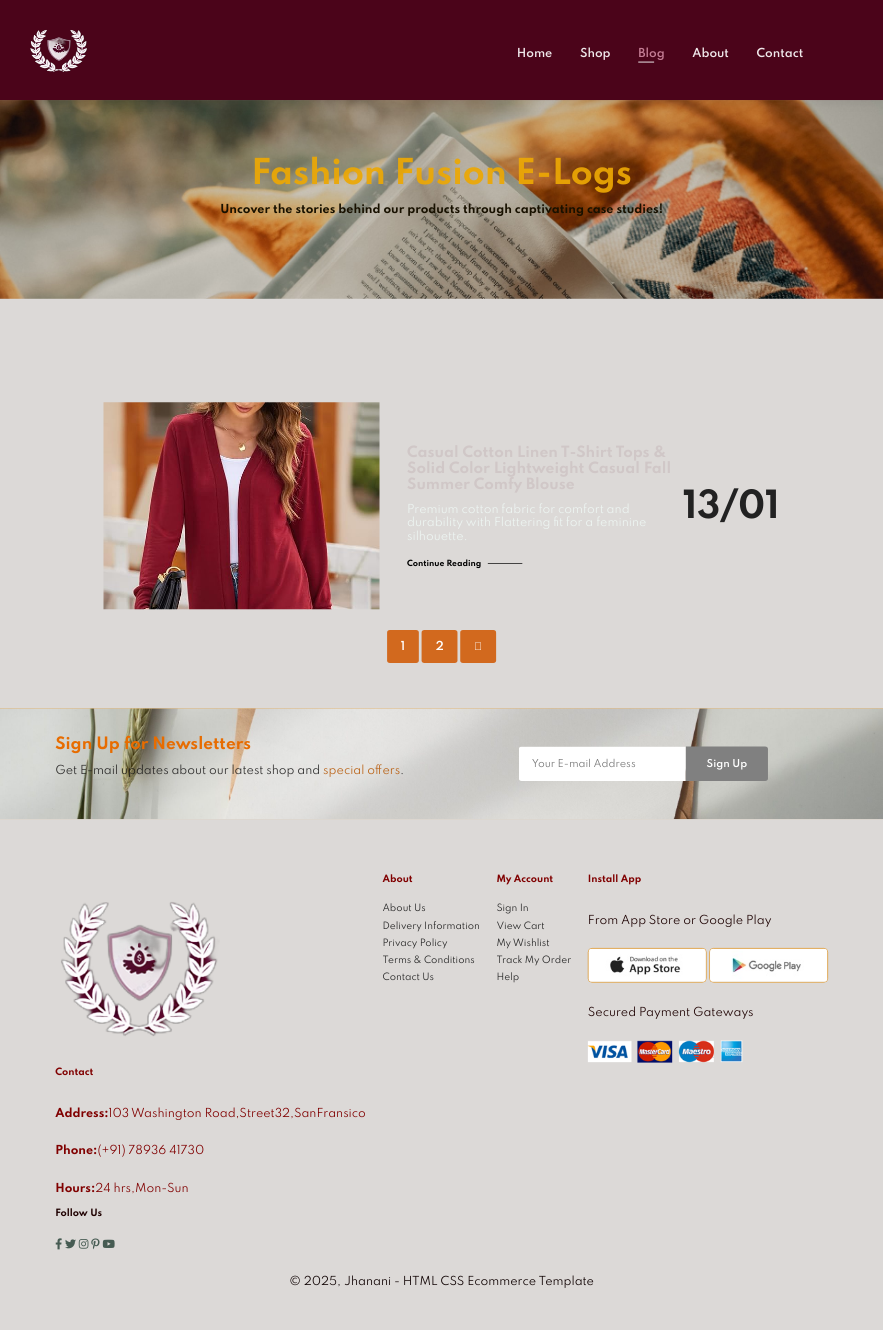
Repository: JhananiNallasamy/ECommerce-website-deployment
Page: blog.html
These files come from the project's save history. The page is drawn as it stood at one moment and after a run of saves; the edit follows.
The browser window is 1280 px wide. The pictures show the whole page, at 69% of full size.
Some web libraries are served in a nearby version.

Above is the page before, as saved 2024-05-05 10:16:34.

### blog.html
<!DOCTYPE html>
<html lang="en">
<head>
    <meta charset="UTF-8">
    <meta name="viewport" content="width=device-width, initial-scale=1.0">
    <title>E-COMMERCE WEBSITE</title>
    <link rel="stylesheet" href="https://pro.fontawesome.com/releases/v5.10.0/css/all.css"/>
    <link rel="stylesheet" href="style.css">
</head>

<body style="background-color: rgba(157, 149, 144, 0.353);">
    <section id="header">
        <a href="#"> <img src="img/logo.png" height="80px", width="90px" class="logo" alt="logo"> </a>

        <div>
            <ul id="navbar">
                <li><a href="index.html">Home</a></li>
                <li><a>Shop</a></li>
                <li><a class="active" href="blog.html">Blog</a></li>
                <li><a href="about.html">About</a></li>
                <li><a href="contact.html">Contact</a></li>
                <li id="lg-bag"><a href="cart.html"><i class="far fa-shopping-bag"></i></a></li>
                <a href="#" id="close"><i class="far fa-times"></i></a>
            </ul>
        </div>
        <div id="mobile">
            <a href="cart.html"><i class="far fa-shopping-bag"></i></a>
            <i id="bar" class="fas fa-outdent"></i>
        </div>
    </section>

    <!--nav bar code at top is over -->

    <section id="page-header" class="blog-header">

        <h2 style="color: #eca704ec">Fashion Fusion E-Logs</h2>
        <p style="color: #181100; font-weight: bold;">Uncover the stories behind our products through captivating case studies!</p><br>
    </section>

    <section id="blog">
        <div class="blog-box">
            <div class="blog-img">
                <img src="img/blog/f9a.png" alt="f9a in blog">
            </div>
            <div class="blog-details">
            <h4> Casual Cotton Linen T-Shirt Tops & Solid Color Lightweight Casual Fall Summer Comfy Blouse </h4>
            <p>Premium cotton fabric for comfort and durability with Flattering fit for a feminine silhouette.</p>
            <a href="#"> Continue Reading </a>
            </div>
            <h1>13/01</h1>
        </div>
    </section>
        <section id="pagination" class="section-p1">
        <a href="#">1</a>
        <a href="#">2</a>
        <a href="#"><i class="fal fa-long-arrow-alt-right"></i></a>
        </section>


    <section id="newsletter" class="section-p1 section-m1">
        <div class="newstext">
            <h4>Sign Up for Newsletters</h4>
            <p>Get E-mail updates about our latest shop and <span>special offers</span>.</p>
        </div>
        <div class="form">
            <input type="text" placeholder="Your E-mail Address">
            <button class="normal">Sign Up</button>
        </div>
    </section>

    <footer class="section-p1">
        <div class="col">
            <img class="logo" src="img/logo.png" alt="logo image">
            <h4 style="color: maroon;">Contact</h4>
            <p style="color: maroon;"><strong>Address:</strong>103 Washington Road,Street32,SanFransico</p>
            <p style="color: maroon;"><strong>Phone:</strong>(+91) 78936 41730</p>
            <p style="color: maroon;"><strong>Hours:</strong>24 hrs,Mon-Sun</p>
            <div class="follow">
                <h4 style="color: rgb(32, 2, 2);">Follow Us</h4>
                <div class="icon">
                    <i class="fab fa-facebook-f"></i>
                    <i class="fab fa-twitter"></i>
                    <i class="fab fa-instagram"></i>
                    <i class="fab fa-pinterest-p"></i>
                    <i class="fab fa-youtube"></i>
                </div>
            </div>
        </div>
        <div class="col">
            <h4 style="color: maroon;">About</h4>
            <a href="#">About Us</a>
            <a href="#">Delivery Information</a>
            <a href="#">Privacy Policy</a>
            <a href="#">Terms & Conditions</a>
            <a href="#">Contact Us</a>
        </div>
        <div class="col">
            <h4 style="color: maroon;">My Account</h4>
            <a href="#">Sign In</a>
            <a href="#">View Cart</a>
            <a href="#">My Wishlist</a>
            <a href="#">Track My Order</a>
            <a href="#">Help</a>
        </div>
        <div class="col install">
            <h4 style="color: maroon;">Install App</h4>
            <p style="color: rgb(29, 2, 2);">From App Store or Google Play</p>
            <div class="row">
                <img src="img/pay/app.jpg" alt="app img in pay folder">
                <img src="img/pay/play.jpg" alt="play img in pay folder">
            </div>
            <p style="color: rgb(30, 2, 2);">Secured Payment Gateways</p>
            <img src="img/pay/pay.png"  alt="pay img inside pay folder">
        </div>
            <div class="copyright">
                <p style="color: rgb(14, 1, 1);">© 2025, Jhanani - HTML CSS Ecommerce Template</p>
            </div>
        </footer>


    <script src="script.js"></script>

</body>
</html>

### style.css
@import url('https://fonts.googleapis.com/css2?family=Spartan:wght@100;200;300;400;500;600;700;800;900&display=swap');
* {
    margin: 0;
    padding: 0;
    box-sizing: border-box;
    font-family: 'Spartan', sans-serif;
}
h1 {
    font-size: 50px;
    line-height: 64px;
    color: #222;
}
h2 {
    font-size: 46px;
    line-height: 54px;
    color: #e3b6b6;
}
h4 {
    font-size: 20px;
    color: #d0c7c7;
}
h6 {
    font-weight: 700;
    font-size: 12px;
}
p {
    font-size: 16px;
    color: #edf5f2;
    margin: 15px 0 20px 0;
}
.section-p1 {
    padding: 40px 80px;
}
.section-m1 {
    margin: 40px 0;
}
button.normal{
    font-size: 14px;
    font-weight: 600;
    padding: 15px 30px;
    color:#000;
    background-color: #fff;
    border-radius: 4px;
    cursor: pointer;
    border: none;
    outline: none;
    transition: 0.2s ease;
}
button.white{
    font-size: 13px;
    font-weight: 600;
    padding: 11px 18px;
    color:#fff;
    background-color: transparent;
    cursor: pointer;
    border: 1px solid white;
    outline: none;
    transition: 0.2s ease;
}
body{
    width: 100%
}


/* Header Start */
#header{
    display: flex;
    align-items:center ;
    justify-content: space-between;
    padding: 30px 40px;
    background: #4b041a;
    width: 100%;
    box-shadow: 0 5px 15px rgba(0, 0, 0, 0.06);
    z-index: 999;
    position:sticky;
    top: 0;
    left: 0;
}

#navbar {
    display: flex;
    align-items: center;
    justify-content: center;
    border-radius: 20px;
    margin-top: 10px;
}

#navbar li{
    /* this is the parent class for navbar list and we give relative position here and absolute position in the "navbar li a:hover::after" */
    /* here we remove the bullet points in the list by giving list style as none */

    list-style: none;
    padding: 0 20px;
    position: relative;
}

#navbar li a{
    /* here we make transition smooth */
    /* here we remove the underline for every ahref in navbar by giving text-decoration as none */
    text-decoration: none;
    font-size: 16px;
    font-weight: 600;
    color: #efe8ea;
    transition: 0.3s ease;
}
#navbar li a:hover,
#navbar li a.active {
    color: #c47d94
    /* here we have made the home option in the index.html as pink all the time...we give section id="active" for this */
}


#navbar li a.active::after,
#navbar li a:hover::after {
    /* the options in header are underlined and become pink colour when you hover over it */
    /* whenever you give a pseudoclass active you have to give content:"" */
    /* this is the child class of navbar li and position is given absolute  */
    content: "";
    width: 30%;
    height: 2px;
    background: #bda6ad;
    position: absolute;
    bottom: -4px;
    left: 20px;
}
#mobile {
    display: none;
    align-items:center;
}
#close{
    display: none;
}
/* <!--nav bar code at top is over --> */

/* Home Page */
#hero{
    background-color: #817c7c;
    background-image:url("img/hero4.avif");
    /* so now the image of ther hero is not entirely visible..only head of the hero is visible..so we had height and width*/
    height: 90vh;
    width: 100%;
    background-size: cover;
    background-position: top 25% right 0;
    padding: 0 80px;
    display: flex;
    flex-direction: column;
    align-items: flex-start;
    justify-content: center;
    /* now the full image is visible in the screen */
    /* but since the image is not visible in the centre  */
}

#hero h4{
    padding-bottom: 15px;
}
#hero h1{
    color:rgb(166, 194, 219);
}
.glow-on-hover {
    width: 220px;
    height: 50px;
    border: none;
    outline: none;
    color: #fff;
    background: #111;
    cursor: pointer;
    position: relative;
    z-index: 0;
    border-radius: 10px;
}

.glow-on-hover:before {
    content: '';
    background: linear-gradient(45deg, #ff0000, #ff7300, #fffb00, #48ff00, #00ffd5, #002bff, #7a00ff, #ff00c8, #ff0000);
    position: absolute;
    top: -2px;
    left:-2px;
    background-size: 400%;
    z-index: -1;
    filter: blur(5px);
    width: calc(100% + 4px);
    height: calc(100% + 4px);
    animation: glowing 20s linear infinite;
    opacity: 0;
    transition: opacity .3s ease-in-out;
    border-radius: 10px;
}

.glow-on-hover:active {
    color: #000
}

.glow-on-hover:active:after {
    background: transparent;
}

.glow-on-hover:hover:before {
    opacity: 1;
}

.glow-on-hover:after {
    z-index: -1;
    content: '';
    position: absolute;
    width: 100%;
    height: 100%;
    background: #111;
    left: 0;
    top: 0;
    border-radius: 10px;
}

@keyframes glowing {
    0% { background-position: 0 0; }
    50% { background-position: 400% 0; }
    100% { background-position: 0 0; }
}
#feature {
    display: flex;
    align-items: center;
    justify-content: space-between;
    flex-wrap: wrap;

}
#feature .fe-box{
    width: 180px;
    text-align: center;
    padding: 25px 5px;
    box-shadow:20px 20px 34px rgba(0, 0, 0, 0.03);
    border: 1px solid #cce7d0;
    border-radius: 4px;
    margin: 15px 0;
}

#feature .fe-box.fe-box:hover {
    box-shadow: 10px 10px 54px rgba(7, 3, 71, 0.1);
}

#feature .fe-box img {
    width: 100%;
    margin-bottom: 10px;
}
#feature .fe-box h6{
    display: inline-block;
    padding: 9px 8px 6px 8px;
    line-height: 1;
    border-radius: 4px;
    color:white;
    background-color: #c47d94;

}
#feature .fe-box:nth-child(1) h6{
    background-color:#130b3597;
}
#feature .fe-box:nth-child(2) h6{
    background-color:#07021a;
}
#feature .fe-box:nth-child(3) h6{
    background-color:#034009;
}
#feature .fe-box:nth-child(4) h6{
    background-color:#091462;
}
#feature .fe-box:nth-child(5) h6{
    background-color:#0648d6e1;
}
#feature .fe-box:nth-child(6) h6{
    background-color:#5b37df;
}
.pro {
    position: relative;
    overflow: hidden;
}

.pro:hover img {
    transform: scale(1.2);
    transition: transform 0.4s ease;
}

#product1{
    text-align: center;
}
#product1 .pro-container {
    display: flex;
    justify-content: space-between;
    padding-top: 20px;
    flex-wrap: wrap;
}

#product1 .pro{
    width: 23%;
    min-width: 250px;
    padding: 10px 12px;
    border: 1px solid #cce7d0;
    border-radius: 25px;
    cursor: pointer;
    box-shadow: 20px 20px 30px rgba(0, 0, 0, 0.02);
    margin: 15px 0;
    transition: 0.2s ease;
    position: relative;
}
#product1 .pro:hover{
    box-shadow: 20px 20px 30px rgba(0, 0, 0, 0.06);


}
#product1 .pro img {
    width: 100%;
    border-radius: 20px;
}
#product1 .pro .des{
    text-align: start;
    padding: 10px 0;
}
#product1 .pro .des span{
    color: #060603;
    font-size: 12px;
}
#product1 .pro .des h5{
    padding-top: 7px;
    color: #1a1a1a;
    font-size: 14px;
}
#product1 .pro .des i{
    font-size: 12px;
    color: rgb(240,181,25);
}

#product1 .pro .des h4{
    padding-top: 7px;
    font-size: 15px;
    font-weight: 700;
    color: #088178;
}
#product1 .pro .cart {
    width: 40px;
    height: 40px;
    line-height: 40px;
    border-radius: 50px;
    background-color: #e8f6ea;
    font-weight: 500;
    color: #088178;
    border: 1px solid #cce7d0;
    position: absolute;
    bottom: 20px;
    right: 20px;
}
#banner{
    display: flex;
    flex-direction: column;
    justify-content: center;
    align-items: center;
    text-align: center;
    background-image: url("img/banner/b2.png");
    width: 100%;
    height: 40vh;
    background-size: cover;
    background-position: center;
}
#banner h4 {
    color: #fff;
    font-size: 16px;
}
#banner h2{
    color: #fff;
    font-size: 30px;
    padding: 10px 0;
}
#banner h2 span{
    color: #7e0707;
}
#banner button:hover {
    background: #fe039a;
    color: #fff;
}
#sm-banner .banner-box{
    display: flex;
    flex-direction: column;
    justify-content: center;
    align-items: flex-start;
    background-image: url("img/banner/b17.png");
    min-width: 580px;
    height: 50vh;
    background-size: cover;
    background-position: center;
    padding: 30px;
}
#sm-banner .banner-box2{
    background-image: url("img/banner/b10.png");
}
#sm-banner{
    display: flex;
    justify-content: space-between;
    flex-wrap: wrap;
}
#sm-banner h4{
    font-size: 20px;
    font-weight: 300;
}
#sm-banner h2{
    font-size: 28px;
    font-weight: 800;
}
#sm-banner span{
    font-size: 14px;
    font-weight: 500;
    padding-bottom: 15px;
}
#sm-banner .banner-box:hover button{
    background: #041615;
    color: white;
    border: 1px solid black;
}
#banner3{
    display: flex;
    justify-content: space-between;
    flex-wrap: wrap;
    padding: 0 80px;
}

#banner3 .banner-box {
    display: flex;
    flex-direction: column;
    justify-content: center;
    align-items: flex-start;
    background-image: url("img/banner/b7.png");
    min-width: 30%;
    height: 30vh;
    background-size:cover;
    background-position: center;
    padding: 20px;
    margin-bottom:20px;
}
#banner3 .banner-box2 {
    background-image: url("img/banner/b4.jpg");
}
#banner3 .banner-box3 {
    background-image: url("img/banner/b18.png");
}
#banner3 h2 {
    font-weight: 900;
    font-size: 30px;
}
#banner3 h3 {
    font-weight: 800;
    font-size: 30px;
}
#newsletter {
    display: flex;
    justify-content: space-between;
    flex-wrap: wrap;
    align-items: center;
    background-image: url("img/banner/b14.jpg");
    background-repeat: no-repeat;
    background-size: cover;
    background-position: 40% 60%;
    background-color: rgb(230, 143, 13) ;
}
#newsletter h4 {
    font-size: 22px;
    font-weight: 700px;
    color: rgb(231, 108, 0);
}
#newsletter p {
    color: rgba(22, 21, 21, 0.867) ;
}
#newsletter p span {
    color: hsl(28, 78%, 41%);
}
#newsletter .form{
    display: flex;
    width: 40%;
}
#newsletter input{
    height: 3.125rem;
    padding: 0 1.25em;
    font-size: 14px;
    width: 100;
    border: 1px solid transparent;
    border-radius: 4px;
    outline: none;
    border-top-right-radius: 0;
    border-bottom-right-radius: 0;
}
#newsletter button{
    background-color:grey;
    color: white;
    white-space: nowrap;
    border-top-left-radius: 0;
    border-bottom-left-radius: 0;
}
footer{
    display: flex;
    flex-wrap: wrap;
    justify-content: space-between;
}
footer .col {
    display: flex;
    flex-direction: column;
    align-items: flex-start;
    margin-bottom: 20px;
}
footer .logo {
    margin-bottom: 30px;
}
footer h4 {
    font-size: 14px;
    padding-bottom: 20px;
}
footer h4 {
    font-size: 13px;
    margin: 0 0 8px 0;
}
footer a {
    font-size: 13px;
    text-decoration: none;
    color:#222;
    margin-bottom: 10px;
}
footer .follow {
    color:#465b52;
    padding-right: 4px;
    cursor:pointer;
}
footer .install .row img {
    border: 1px solid rgb(230, 143, 13);
    border-radius: 6px;
}
footer .install img{
    margin: 10px 0 15px 0;
}
footer .follow i:hover,
footer a:hover{
    color:#d61010;
}
footer .copyright{
    width: 100%;
    text-align: center;
}

/* Shop Page */
#page-header{
    background-image: url("img/banner/b1.jpg");
    width: 100%;
    height: 40vh;
    background-size:cover;
    display: flex;
    justify-content: center;
    text-align: center;
    flex-direction: column;
    padding: 14px;
}

#page-header h2 {
    color: sandybrown;
}
#page-header p{
    color: rgb(222, 220, 217);
}
#pagination{
    text-align: center;
}
#pagination a{
    text-decoration: none;
    background-color:chocolate;
    padding: 15px 20px;
    border-radius: 4px;
    color: #fff;
    font-weight: 600;
}
#pagination a i{
    font-size: 16px;
    font-weight:600;
}

/* Single Product */
#prodetails {
    display: flex;
    margin-top: 20px;
}
#prodetails .single-pro-image {
    width: 40%;
    margin-right:50px;
}
.small-img-group{
    display: flex;
    justify-content: space-between;
}
.small-img-col{
    flex-basis: 24%;
    cursor: pointer;
}
#prodetails .single-pro-details {
    width: 50%;
    padding-top: 30px;
}
#prodetails .single-pro-details h4{
    padding: 40px 0 20px 0;
}
#prodetails .single-pro-details h2{
    font-size: 26px;
}
#prodetails .single-pro-details select{
    display:block;
    padding: 5px 10px;
    margin-bottom: 10px;
}
#prodetails .single-pro-details input{
    width: 50px;
    height: 47px;
    padding-left: 10px;
    font-size: 16px;
    margin-right: 10px;
}
#prodetails .single-pro-details input:focus{
    outline: none;
}
#prodetails .single-pro-details span{
    line-height: 25px;
}
#prodetails .single-pro-details button {
    background:hsl(28, 78%, 41%);
    color: white;
}


/* Blog Page */
#page-header.blog-header{
    background-image: url("img/banner/b19.jpg");
}
#blog{
    padding: 150px 150px 0 150px;
}
#blog .blog-box {
    display: flex;
    align-items: center;
    width: 100%;
}
#blog .blog-img {
    width: 50%;
    margin-right: 40px;
}
#blog img {
    width:100%;
    height: 300px;
    object-fit: cover;
}
#blog .blog-details {
    width: 50%;
}
#blog .blog-details a{
    text-decoration: none;
    font-size: 11px;
    color: #000;
    font-weight: 700;
    position: relative;
    transition: 0.3s;
}
#blog .blog-details a::after{
    /* this one is for creating the line */
    content: "";
    width: 50px;
    height: 1px;
    background-color: #000;
    position: absolute;
    top: 4px;
    right: -60px;
}
#blog .blog-details a:hover{
    color: maroon;
}
#blog .blog-details a:hover::after{
    background-color: maroon;
}
#blog .blog-details h1{
    position: absolute;
    top: -40px;
    left: 0;
    font-size: 70px;
    font-weight: 700;
    color: rgb(50, 40, 40);

}


























/* Start Media Query */
@media (max-width:799px) {
    .section-p1{
        padding: 40px 40px;
    }
    #navbar {
        display: flex;
        flex-direction: column;
        align-items: center;
        justify-content: center;
        position: fixed;
        top: 0;
        right: -300px;
        height: 100vh;
        width: 300px;
        background-color: white;
        box-shadow: 0 40px 60px rgba(0, 0, 0, 0.1);
        padding: 80px 0 0 10px;
        transition: 0.3s;
    }
    #navbar.active {
        right: 0px;
    }
    #navbar li{
        margin-bottom: 25px;

    }
    #mobile {
    display: flex;
    align-items:center;
    }
    #mobile {
        color: #1a1a1a;
        font-size: 24px;
        padding-left: 20px;
        }
        #close{
          display: initial;
          position:absolute;
          top: 30px;
          left: 30px;
          color: #222;
          font-size: 24px;
        }
        #lg-bag{
            display: none;
        }
        #hero{
            height: 70vh;
            padding: 0 80px;
            background-position: top 30% right 30%;
        }
        #feature{
            justify-content: center;
        }
        #feature .fe-box{
            margin: 15px 15px;
        }
        #product1 .pro-container{
            justify-content: center;
        }
        #product1 .pro{
            margin: 15px;
        }
        #banner{
            height: 20vh;
        }
        #sm-banner .banner-box{
            min-width: 100%;
            height: 30vh;
        }
        #banner3 {
            padding: 0 40px;
        }
        #banner3 .banner-box{
            width: 28%;
        }
        #newsletter .form{
            width: 70%;
        }
}

@media (max-width: 477px){
    .section-p1{
        padding: 10px 30px;
    }
    #header{
        padding: 10px 30px;
    }
    h1{
        font-size: 38px;
    }
    h2{
        font-size: 32px;
    }
    #hero{
        padding: 0 20px;
        background-position: 55%;
    }
    #feature {
        justify-content: space-between;
    }
    #feature .fe-box{
        width: 155px;
        margin: 0 0 15px 0;
    }
    #product1 .pro{
        width: 100%;
    }
    #banner {
        height: 40vh;
    }
    #sm-banner .banner-box{
        height: 40vh;
    }
    #sm-banner .banner-box2{
        margin-top: 20px;
    }
    #banner3{
        padding: 0 20px;
    }
    #banner3 .banner-box {
        width: 100%;
    }
    #newsletter {
        padding: 40px 20px;
    }
    #newsletter .form{
        width: 100%;
    }
    footer .copyright{
        text-align:start;
    }
    /* Single Product */
    #prodetails {
        display: flex;
        flex-direction: column;
    }
    #prodetails .single-pro-image {
        width: 100%;
        margin-right: 0px;
    }
    #prodetails .single-pro-details {
        width: 100%;
    }
}

### script.js
function zoomImage() {
    document.getElementById("productImage").style.transform = "scale(1.2)";
}
const bar = document.getElementById('bar');
const close = document.getElementById('close');
const nav = document.getElementById('navbar');

if(bar){
    bar.addEventListener('click',() => {
        nav.classList.add('active');
    })
}
if(close){
    close.addEventListener('click',() => {
        nav.classList.remove('active');
    })
}

After the next 2 saves:
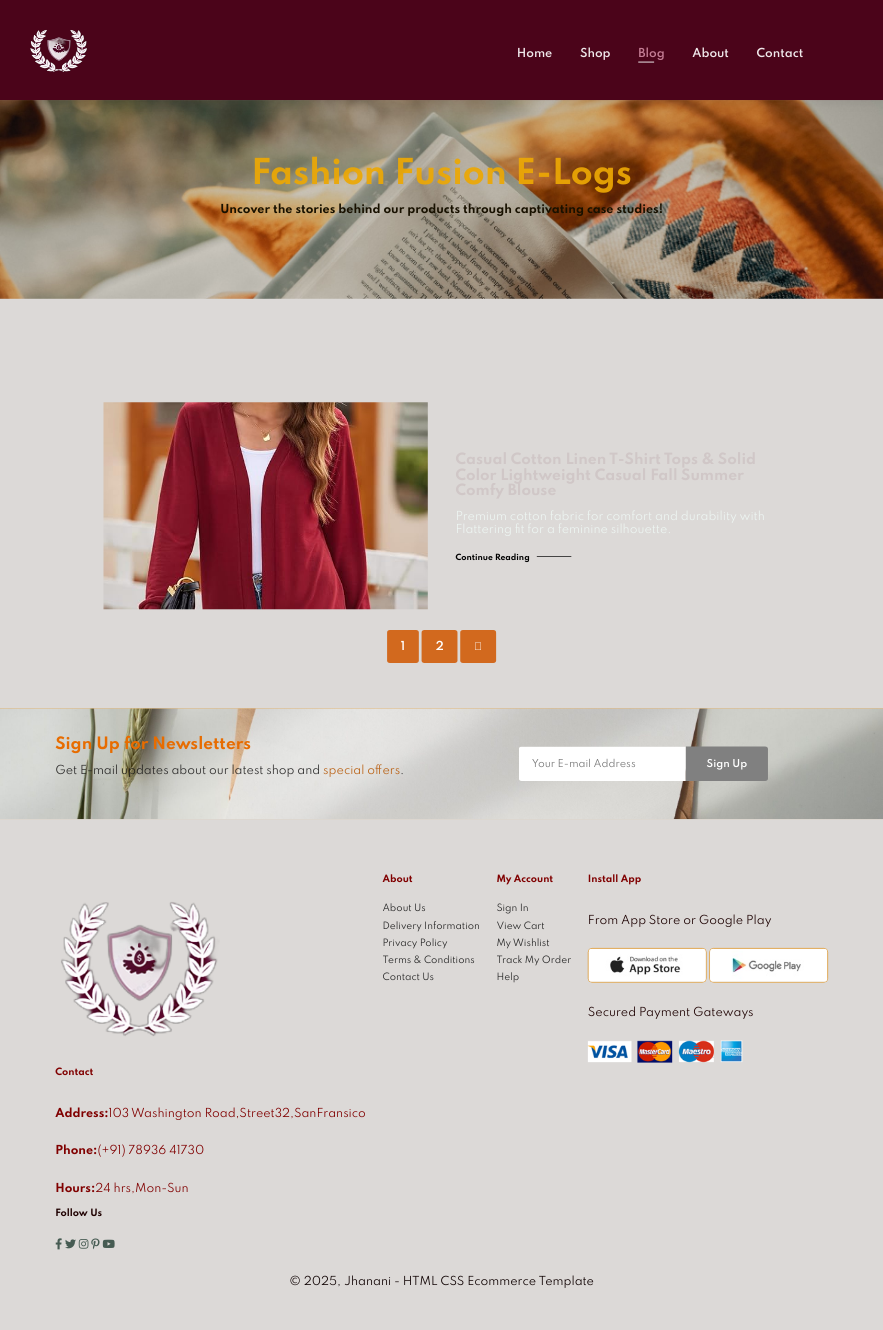
The 2 saves are shown as one change because they came seconds apart.
The last was saved 46 s later.
--- a/style.css
+++ b/style.css
@@ -672,7 +672,7 @@ footer .copyright{
 #blog .blog-details a:hover::after{
     background-color: maroon;
 }
-#blog .blog-details h1{
+#blog .blog-box h1{
     position: absolute;
     top: -40px;
     left: 0;
